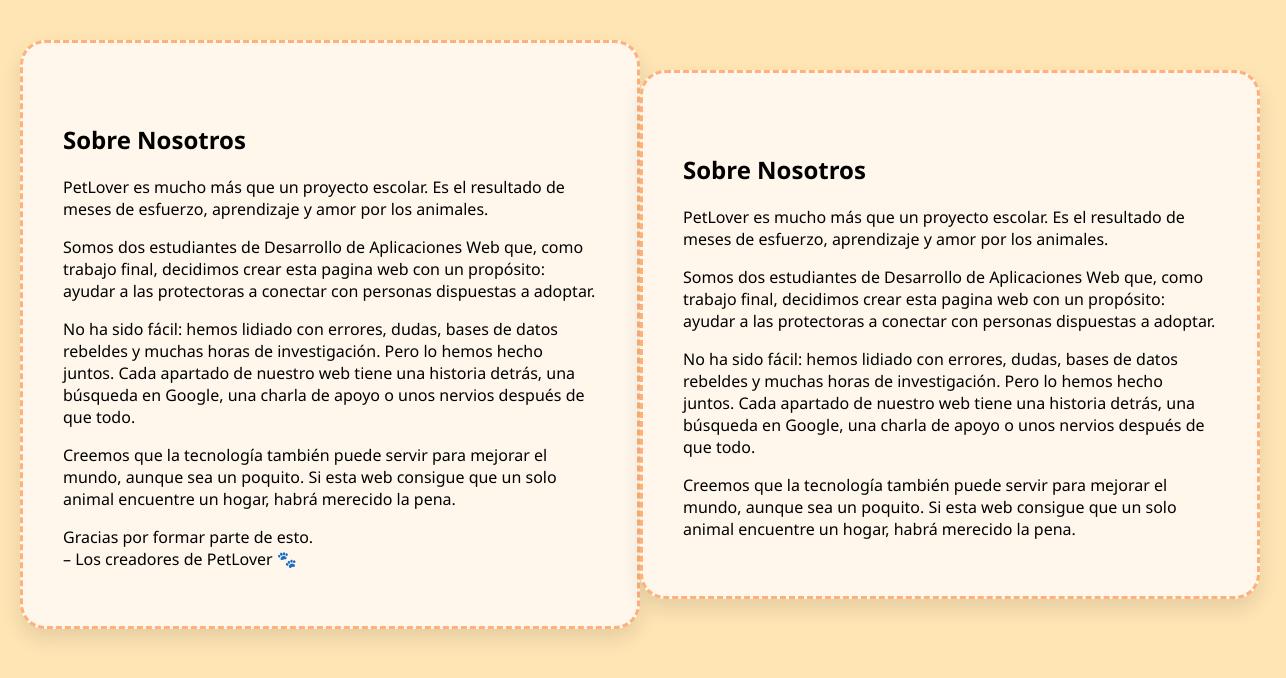
Repository: adriarodrisan/PetLover
Page: Paginas_web/footer_Sobre_Nosotros.html
An editor plug-in stored every save of this project. The page is shown before and after the next save, followed by the edit.
The browser window is 1280 px wide. The page is 1280 px wide, then 1286 px, so the pictures cover 1286 px, including what lies to the right of the window. The pictures show the whole page.

Above is the page before, as saved 2025-04-04 17:52:58.

### Paginas_web/footer_Sobre_Nosotros.html
<!DOCTYPE html>
<html lang="en">
<head>
    <meta charset="UTF-8">
    <meta name="viewport" content="width=device-width, initial-scale=1.0">
    <title>Creadores de Petlover</title>
    <link rel="stylesheet" href="/Css_Paginas/footer_sobre_nosotros.css">
</head>
<body>
    <section class="seccion-creadores">
        <div class="contenedor-texto">
        <h1>Sobre Nosotros </h1>
        <p>PetLover es mucho más que un proyecto escolar. Es el resultado de meses de esfuerzo, aprendizaje y amor por los animales.</p>
        <p>Somos dos estudiantes de Desarrollo de Aplicaciones Web que, como trabajo final, decidimos crear esta pagina web con un propósito: ayudar a las protectoras a conectar con personas dispuestas a adoptar.</p>
        <p>No ha sido fácil: hemos lidiado con errores, dudas, bases de datos rebeldes y muchas horas de investigación. Pero lo hemos hecho juntos. Cada apartado de nuestro web tiene una historia detrás, una búsqueda en Google, una charla de apoyo o unos nervios después de que todo.</p>
        <p>Creemos que la tecnología también puede servir para mejorar el mundo, aunque sea un poquito. Si esta web consigue que un solo animal encuentre un hogar, habrá merecido la pena.</p>
        <p class="firma">Gracias por formar parte de esto. <br>– Los creadores de PetLover 🐾</p>
    </div>
    </section>

</body>
</html>
<!DOCTYPE html>
<html lang="en">
<head>
    <meta charset="UTF-8">
    <meta name="viewport" content="width=device-width, initial-scale=1.0">
    <title>Creadores de Petlover</title>
    <link rel="stylesheet" href="/Css_Paginas/footer_sobre_nosotros.css">
</head>
<body>
    <section class="seccion-creadores">
        <div class="contenedor-texto">
        <h1>Sobre Nosotros </h1>
        <p>PetLover es mucho más que un proyecto escolar. Es el resultado de meses de esfuerzo, aprendizaje y amor por los animales.</p>
        <p>Somos dos estudiantes de Desarrollo de Aplicaciones Web que, como trabajo final, decidimos crear esta pagina web con un propósito: ayudar a las protectoras a conectar con personas dispuestas a adoptar.</p>
        <p>No ha sido fácil: hemos lidiado con errores, dudas, bases de datos rebeldes y muchas horas de investigación. Pero lo hemos hecho juntos. Cada apartado de nuestro web tiene una historia detrás, una búsqueda en Google, una charla de apoyo o unos nervios después de que todo.</p>
        <p>Creemos que la tecnología también puede servir para mejorar el mundo, aunque sea un poquito. Si esta web consigue que un solo animal encuentre un hogar, habrá merecido la pena.</p>
    </div>

    </section>

</body>
</html>

### Css_Paginas/footer_sobre_nosotros.css
body {
    font-family: 'Segoe UI', sans-serif;
    background-color: #ffe5b4;
    margin: 0;
    padding: 40px 20px;
    display: flex;
    justify-content: center;
    align-items: center;
  }
  .seccion-creadores {
    background-color: #fff7ec;
    padding: 60px 40px 40px;
    border-radius: 25px;
    max-width: 900px;
    width: 100%;
    position: relative;
    box-shadow: 0 10px 20px rgba(0,0,0,0.1);
    border: 3px dashed #ffb179;
  }

After the next save:
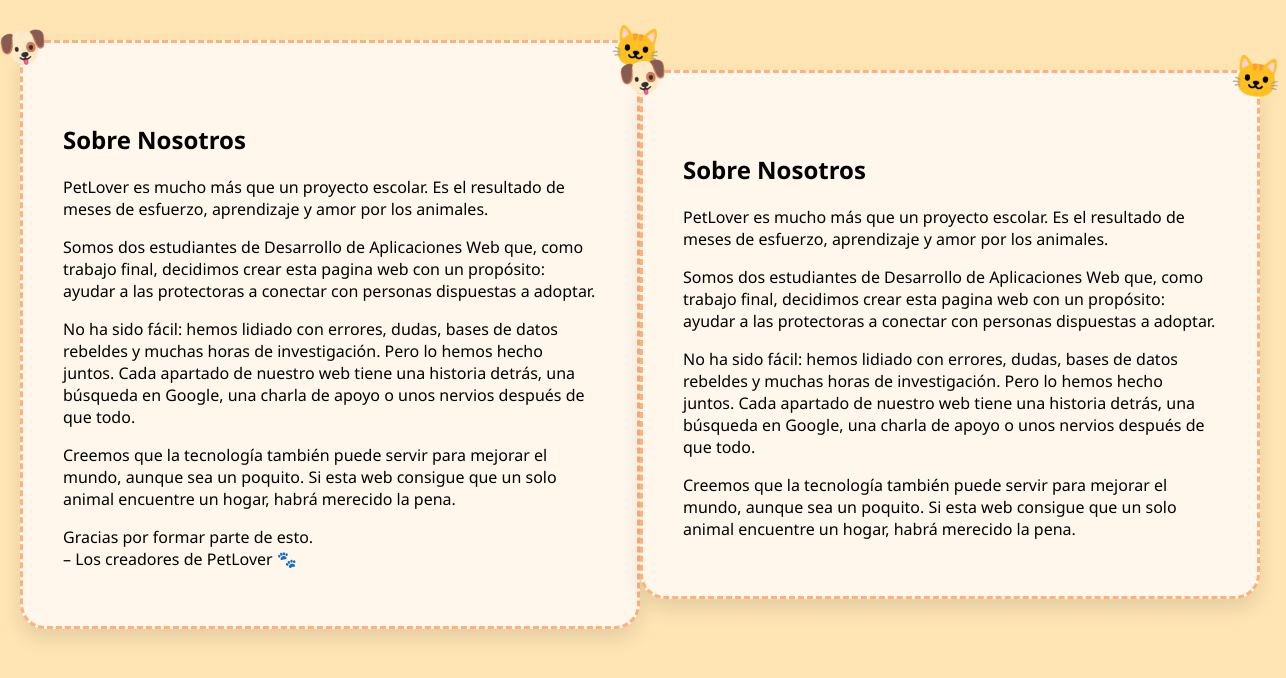
Saved 3 min 8 s later.
--- a/Css_Paginas/footer_sobre_nosotros.css
+++ b/Css_Paginas/footer_sobre_nosotros.css
@@ -17,3 +17,20 @@ body {
     box-shadow: 0 10px 20px rgba(0,0,0,0.1);
     border: 3px dashed #ffb179;
   }
+  .seccion-creadores::before {
+    content: "🐶";
+    position: absolute;
+    font-size: 2.5rem;
+    top: -25px;
+    left: -25px;
+    transform: rotate(-8deg);
+  }
+
+  .seccion-creadores::after {
+    content: "🐱";
+    position: absolute;
+    font-size: 2.5rem;
+    top: -25px;
+    right: -25px;
+    transform: rotate(8deg);
+  }
